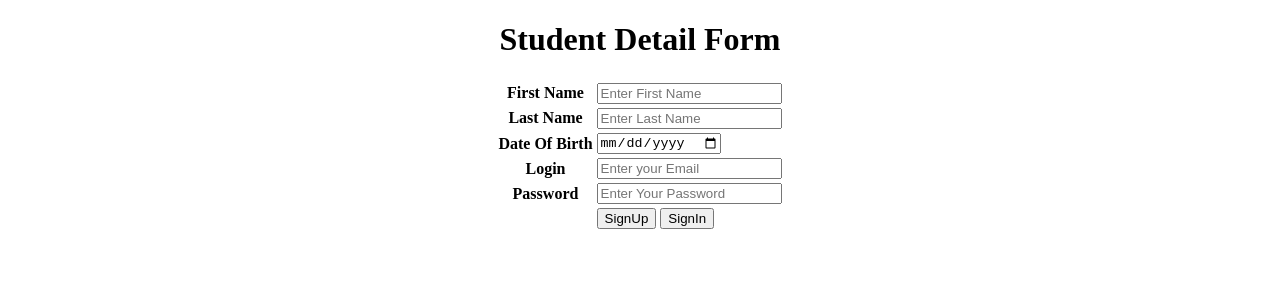
Repository: Abhi070717/Advance-Java
Page: http://localhost/jsp-servlet/UserForm.jsp
The author's editor kept a copy of each file at every save. The page is drawn from the files as they stood at one save, then again after the next save.
The browser window is 1280 px wide. The pictures show the whole page.
The page is served by Tomcat 9.

Above is the page before, as saved 2026-01-21 11:14:16.

After the next save:
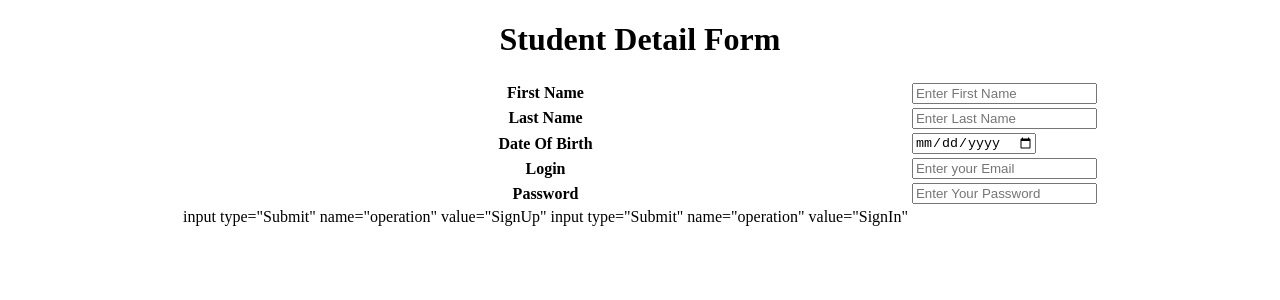
Saved 8 min 8 s later.
--- a/Jsp-servlet/jsp-servlet/WebContent/UserForm.jsp
+++ b/Jsp-servlet/jsp-servlet/WebContent/UserForm.jsp
@@ -37,8 +37,8 @@
 					<td><input type="password" name="password" name="password"
 						placeholder="Enter Your Password"></td>
 				</tr>
-					<th></th>
-					<td><input type="Submit" name="operation" value="SignUp"> <input type="Submit" name="operation" value="SignIn"></td>
+
+					<td>input type="Submit" name="operation" value="SignUp" input type="Submit" name="operation" value="SignIn"</td>
 				</tr>
 			</table>
 
